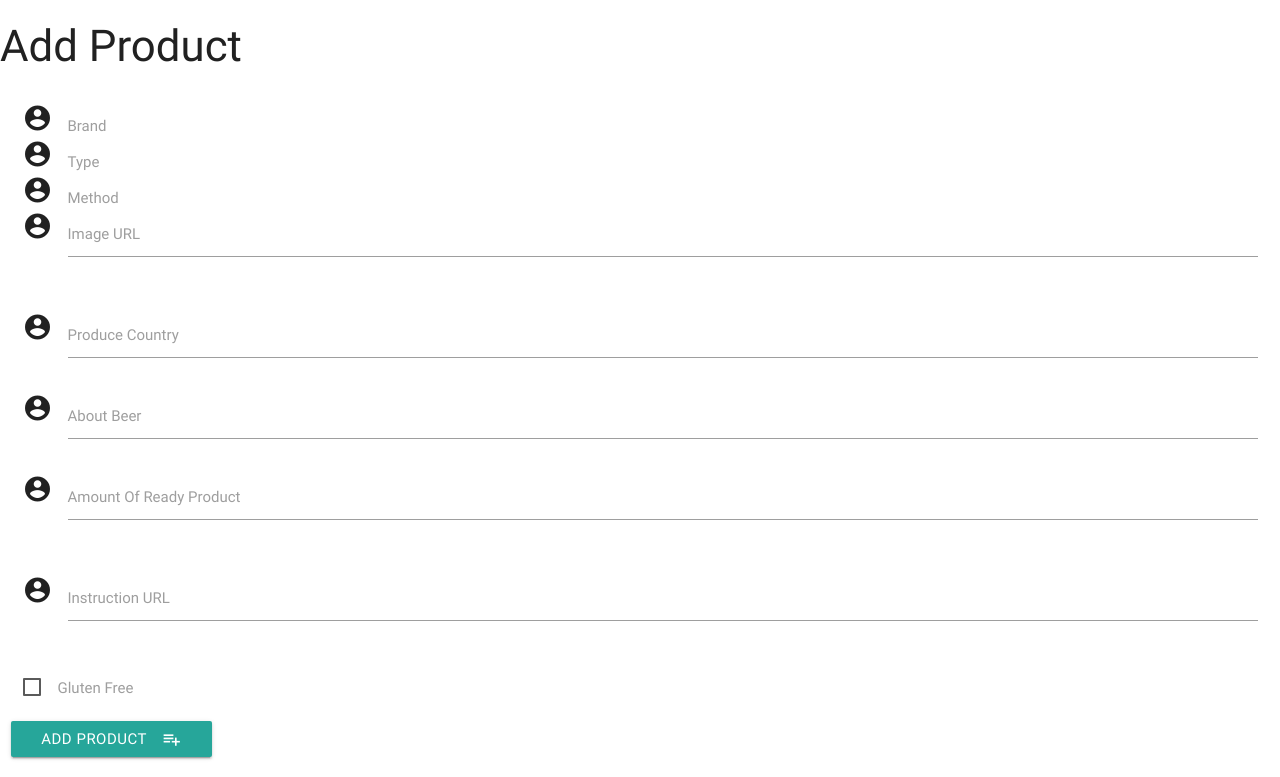
Repository: Leon2ev/lazy-brew
Page: http://localhost/add_product
The author's editor kept a record of every edit. The page is drawn from the files as they stood at one moment, then again after the next edit.
The browser window is 1280 px wide. The pictures show the whole page.
Some web libraries are served in a nearby version. The page is served by the project's application, run on Flask 3 (app.py). Queries for data that is not in the repository find no rows.

Above is the page before.

### templates/addproduct.html
{% extends 'base.html' %}
{% block content %}
    <h3>Add Product</h3>
        <div class="row">
            <form action="{{url_for('insert_product')}}" method="POST" class="col s12">
                <div class="row">
                    <div class="input-field col s12">
                        <i class="material-icons prefix">account_circle</i>
                        <select id="brand_name" name="brand_name">
                            <option value="" disabled selected>Choose Brand</option>
                            {% for brand in brands %}
                                <option value={{brand.name}}>{{brand.name}}</option>
                            {% endfor %}
                        </select>
                        <label>Brand</label>
                    </div>
                </div>
                <div class="row">
                    <div class="input-field col s12">
                        <i class="material-icons prefix">account_circle</i>
                        <select id="type_name" name="type_name">
                            <option value="" disabled selected>Choose Type</option>
                            {% for type in types %}
                                <option value="{{type.name}}">{{type.name}}</option>
                            {% endfor %}
                        </select>
                        <label>Type</label>
                    </div>
                </div>
                <div class="row">
                    <div class="input-field col s12">
                        <i class="material-icons prefix">account_circle</i>
                        <select id="method_name" name="method_name">
                            <option value="" disabled selected>Choose Method</option>
                            {% for method in methods %}
                                <option value="{{method.name}}">{{method.name}}</option>
                            {% endfor %}
                        </select>
                        <label>Method</label>
                    </div>
                </div>
                <div class="row">
                    <div class="input-field col s12">
                        <i class="material-icons prefix">account_circle</i>
                        <input id="image_url" name="image_url" type="text" class="validate">
                        <label for="icon_prefix">Image URL</label>
                    </div>
                </div>
                <div class="row">
                    <div class="input-field col s12">
                        <i class="material-icons prefix">account_circle</i>
                        <input id="country" name="country" type="text" class="validate">
                        <label for="icon_prefix">Produce Country</label>
                    </div>
                    <div class="input-field col s12">
                        <i class="material-icons prefix">account_circle</i>
                        <input id="about" name="about" type="text" class="validate">
                        <label for="icon_prefix">About Beer</label>
                    </div>
                    <div class="input-field col s12">
                        <i class="material-icons prefix">account_circle</i>
                        <input id="amount" name="amount" type="text" class="validate">
                        <label for="icon_prefix">Amount Of Ready Product</label>
                    </div>
                </div>
                <div class="row">
                    <div class="input-field col s12">
                        <i class="material-icons prefix">account_circle</i>
                        <input id="instruction" name="instruction" type="text" class="validate">
                        <label for="icon_prefix">Instruction URL</label>
                    </div>
                </div>
                <div class="row">
                    <div class="col s12">
                        <p>
                            <input type="checkbox" id="gluten" name="gluten"/>
                            <label for="gluten">Gluten Free</label>
                        </p>
                    </div>
                </div>
                <button class="btn waves-effect waves-light" type="submit">Add Product
                    <i class="material-icons right">playlist_add</i>
                </button>
            </form>
        </div>
{% endblock %}

### templates/base.html
<!DOCTYPE html>
<html lang="en">
    <head>
        <meta charset="UTF-8">
        <meta name="viewport" content="width=device-width, initial-scale=1.0">
        <meta http-equiv="X-UA-Compatible" content="ie=edge">

        <title>Document</title>

        <link href="https://fonts.googleapis.com/icon?family=Material+Icons" rel="stylesheet">
        <link rel="stylesheet"  href="https://cdnjs.cloudflare.com/ajax/libs/materialize/0.100.2/css/materialize.min.css">
    </head>
    <body>
        {% block content %}{% endblock %}
        <script src="https://cdnjs.cloudflare.com/ajax/libs/jquery/3.2.1/jquery.min.js"></script>
        <script src="https://cdnjs.cloudflare.com/ajax/libs/materialize/1.0.0/js/materialize.min.js"></script>
    </body>
</html>

### app.py
import os
from flask import Flask, render_template, redirect, request, url_for
from flask_pymongo import PyMongo
from bson.objectid import ObjectId

app = Flask(__name__)

# Connection to MongoDB

app.config["MONGO_DBNAME"] = 'beer_brewing'
app.config["MONGO_URI"] = os.getenv('MONGO_URI', 'mongodb://localhost')

mongo = PyMongo(app)

# App routes

@app.route('/')
@app.route('/get_products')
def get_products():
    return render_template("products.html",
    products=mongo.db.products.find())

@app.route('/add_product')
def add_product():
    return render_template("addproduct.html",
    brands=mongo.db.brands.find(),
    methods=mongo.db.methods.find(),
    types=mongo.db.types.find())

@app.route('/insert_product', methods=["POST"])
def insert_product():
    products=mongo.db.products
    products.insert_one(request.form.to_dict())
    return redirect(url_for('get_products'))

@app.route('/get_description')
def get_description():
    return render_template("description.html",
    products=mongo.db.products.find())

if __name__ == "__main__":
    app.run(host=os.environ.get('IP'),
        port=int(os.environ.get('PORT')),
        debug=True)

After the next edit:
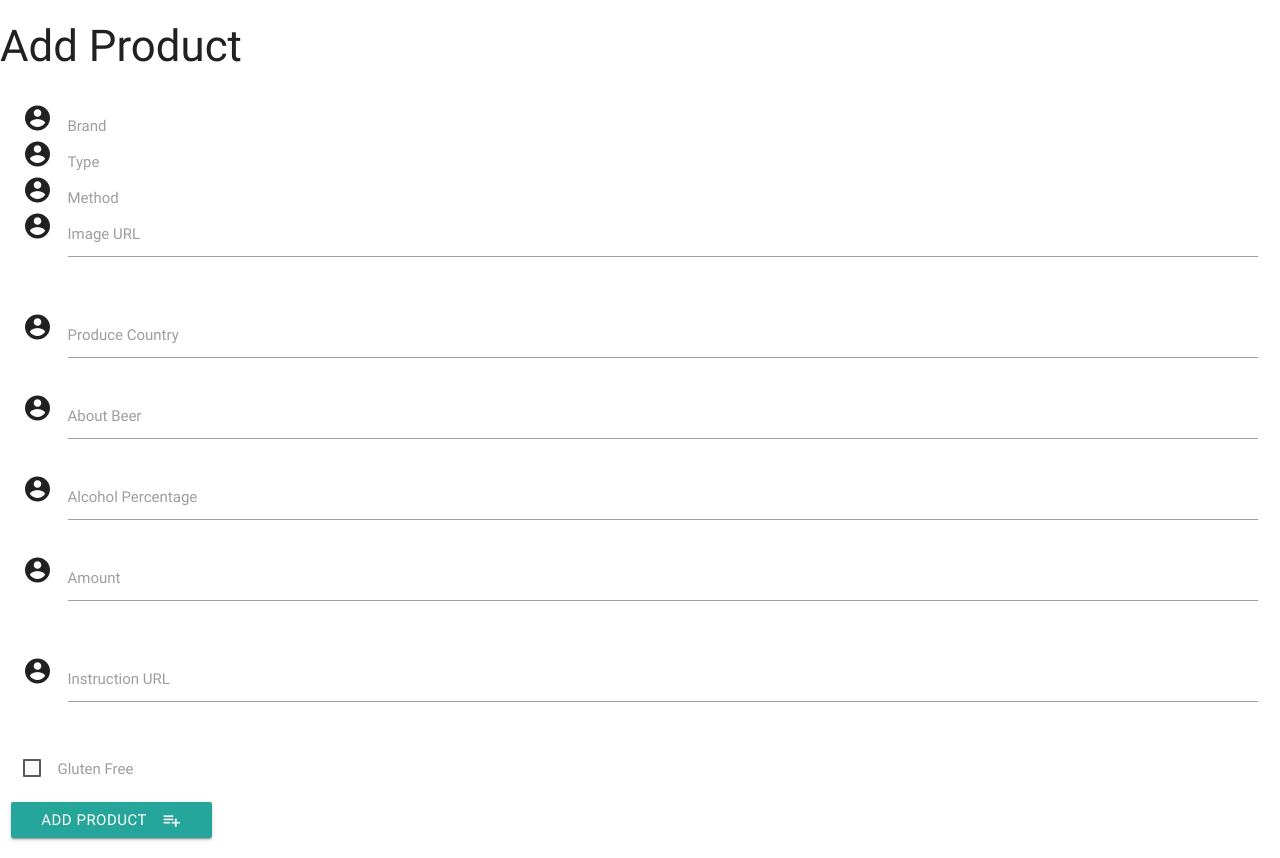
The edit:
--- a/templates/addproduct.html
+++ b/templates/addproduct.html
@@ -59,8 +59,13 @@
                     </div>
                     <div class="input-field col s12">
                         <i class="material-icons prefix">account_circle</i>
+                        <input id="abv" name="abv" type="text" class="validate">
+                        <label for="icon_prefix">Alcohol Percentage</label>
+                    </div>
+                    <div class="input-field col s12">
+                        <i class="material-icons prefix">account_circle</i>
                         <input id="amount" name="amount" type="text" class="validate">
-                        <label for="icon_prefix">Amount Of Ready Product</label>
+                        <label for="icon_prefix">Amount</label>
                     </div>
                 </div>
                 <div class="row">
